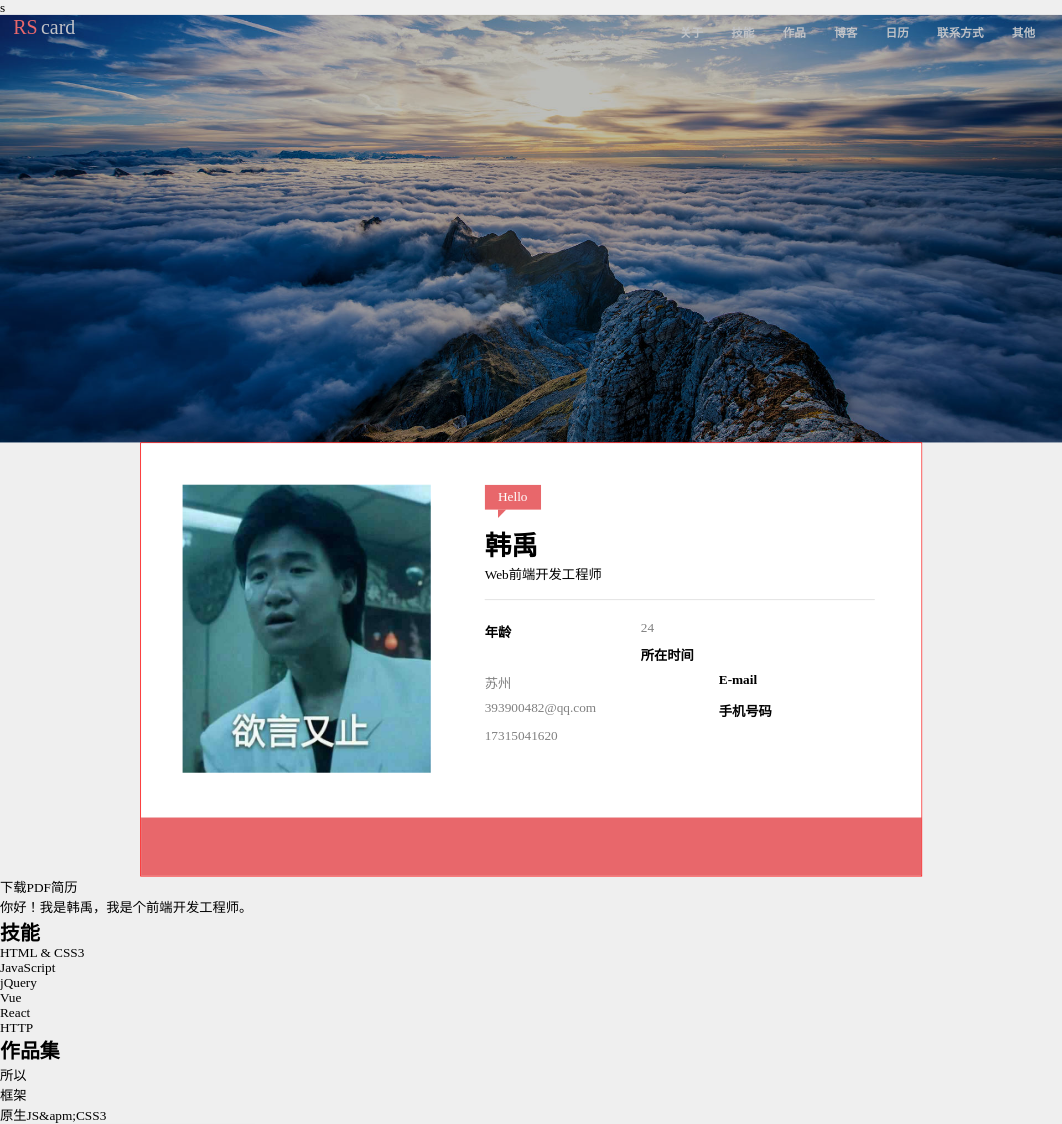
Repository: yorkHan/resume
Page: index.html
An editor plug-in stored every save of this project. The page is shown before and after a run of saves, followed by the edit.
The browser window is 1280 px wide. The pictures show the whole page, at 83% of full size.

Above is the page before, as saved 2018-04-10 00:41:36.

After the next 2 saves:
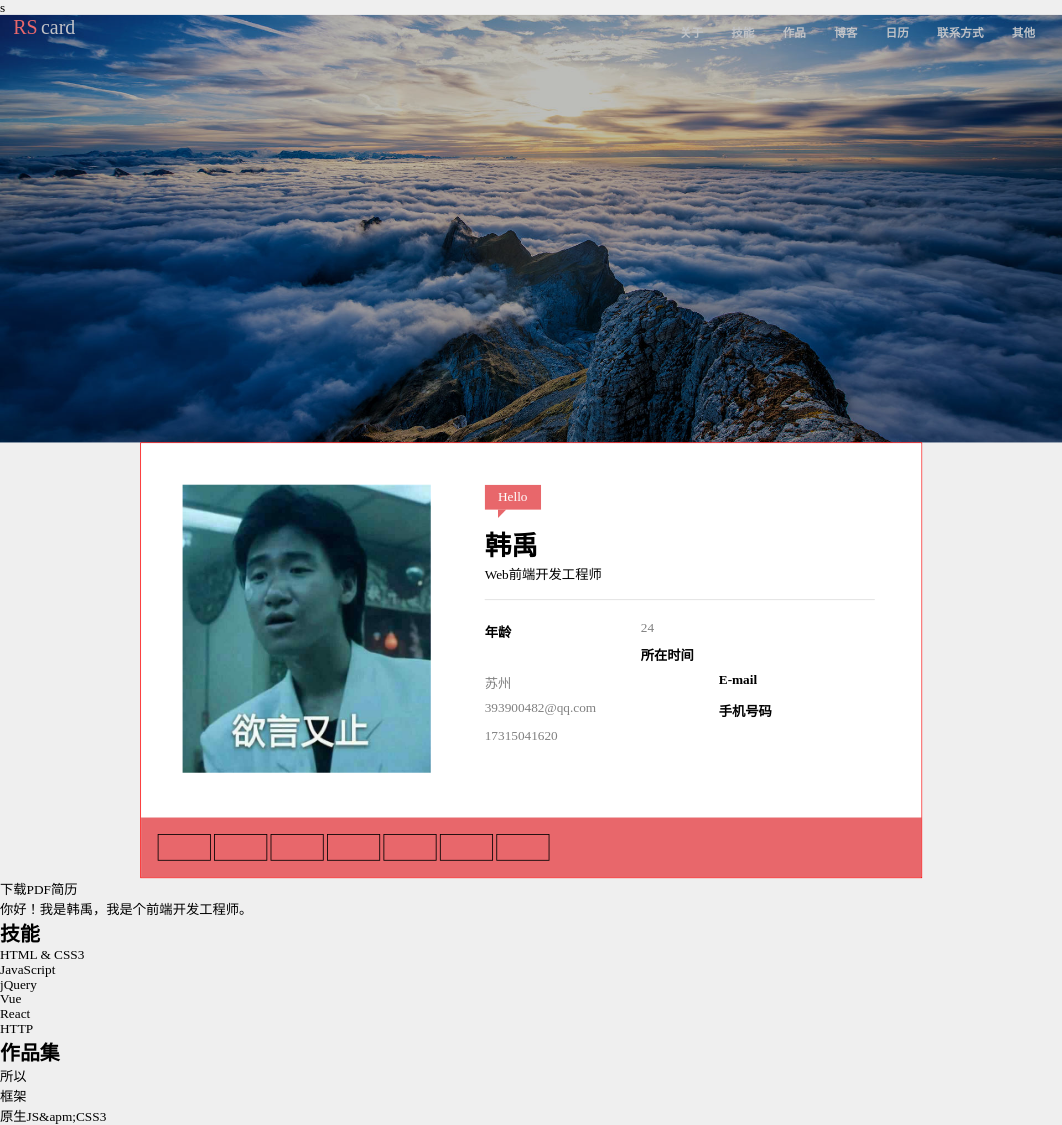
The 2 saves are shown as one change because they came seconds apart.
The last was saved 5 s later.
--- a/1.css
+++ b/1.css
@@ -117,7 +117,7 @@ hr{
     padding: 20px;
 }
 .usercard footer.media>a {
-    border: 1px s
+    border: 1px solid black;
     display: inline-block;
 }
 .usercard svg{
